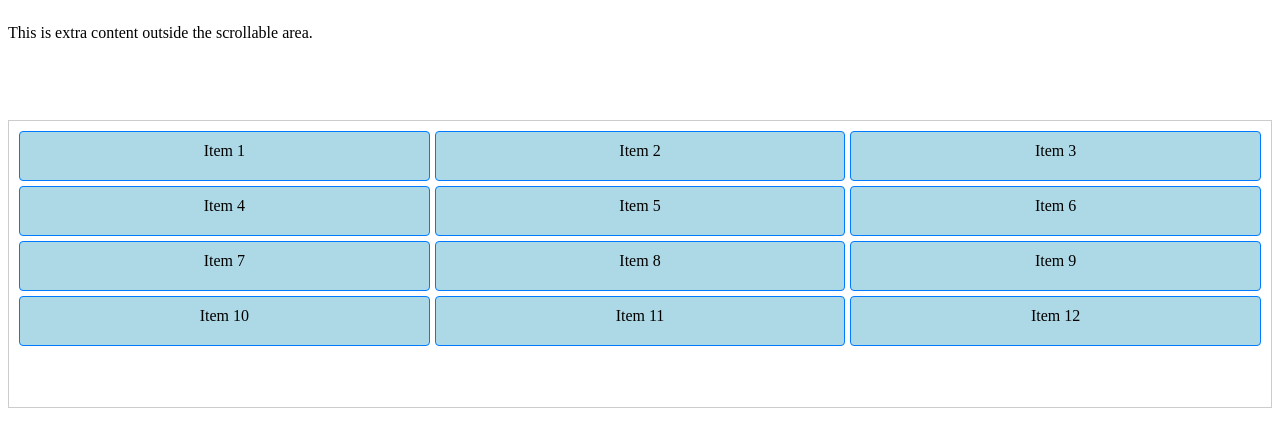
Repository: notgudmewhathuh12122334354556/GroceryInventory
Page: grid.html
These files come from the project's save history. The page is drawn as it stood at one moment and after the next save; the edit follows.
The browser window is 1280 px wide. The pictures show the whole page.

Above is the page before, as saved 2024-11-19 22:43:17.

### grid.html
<!DOCTYPE html>
<html lang="en">
<head>
  <meta charset="UTF-8">
  <meta name="viewport" content="width=device-width, initial-scale=1.0">
  <title>Scrollable Grid Inside Div</title>
  <style>
    /* Outer Container */
    .container {
      display: grid;
/* Two-column layout */
      gap: 10px;
      height: 400px; /* Set height for demonstration */
    }

    /* Scrollable Div */
    .scrollable {
      overflow-y: auto; /* Enables vertical scrolling */
      max-height: 100%; /* Restrict height */
      padding: 10px;
      border: 1px solid #ccc;
    }

    /* Grid Inside Scrollable Div */
    .scrollable-grid {
      display: grid;
      grid-template-columns: repeat(3, 1fr); /* Three columns */
      grid-auto-rows: minmax(50px, auto); /* Dynamic rows */
      gap: 5px;
    }

    /* Grid Items */
    .grid-item {
      background-color: lightblue;
      text-align: center;
      padding: 10px;
      border: 1px solid #007BFF;
      border-radius: 4px;
    }
  </style>
</head>
<body>
  <div class="container">
    <!-- Sidebar or Extra Content -->
    <div class="extra-content">
      <p>This is extra content outside the scrollable area.</p>
    </div>

    <!-- Scrollable Grid Container -->
    <div class="scrollable">
      <div class="scrollable-grid">
        <div class="grid-item">Item 1</div>
        <div class="grid-item">Item 2</div>
        <div class="grid-item">Item 3</div>
        <div class="grid-item">Item 4</div>
        <div class="grid-item">Item 5</div>
        <div class="grid-item">Item 6</div>
        <div class="grid-item">Item 7</div>
        <div class="grid-item">Item 8</div>
        <div class="grid-item">Item 9</div>
        <div class="grid-item">Item 10</div>
        <div class="grid-item">Item 11</div>
        <div class="grid-item">Item 12</div>
      </div>
    </div>
  </div>
</body>
</html>

After the next save:
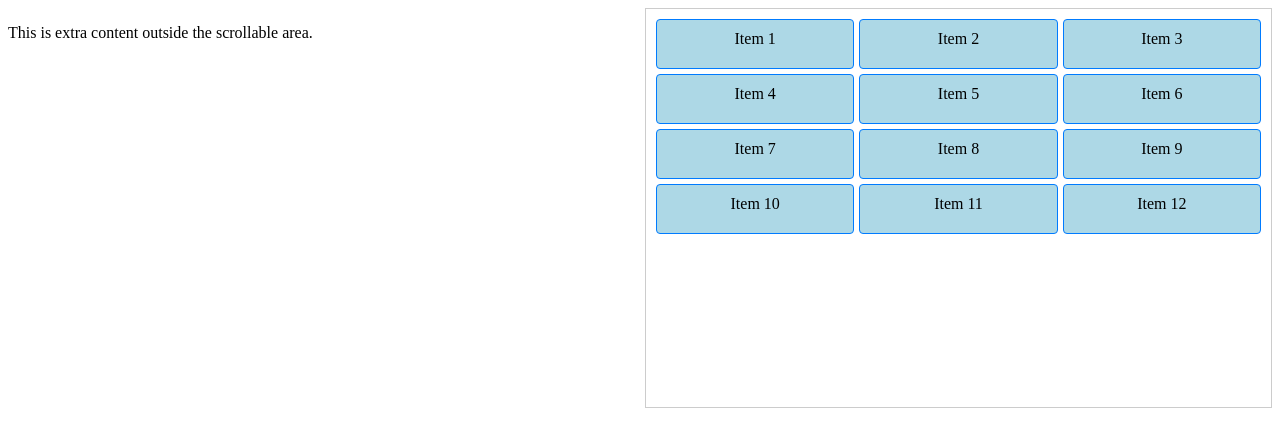
Saved 8 s later.
--- a/grid.html
+++ b/grid.html
@@ -8,7 +8,7 @@
     /* Outer Container */
     .container {
       display: grid;
-/* Two-column layout */
+      grid-template-columns: 1fr 1fr; /* Two-column layout */
       gap: 10px;
       height: 400px; /* Set height for demonstration */
     }
